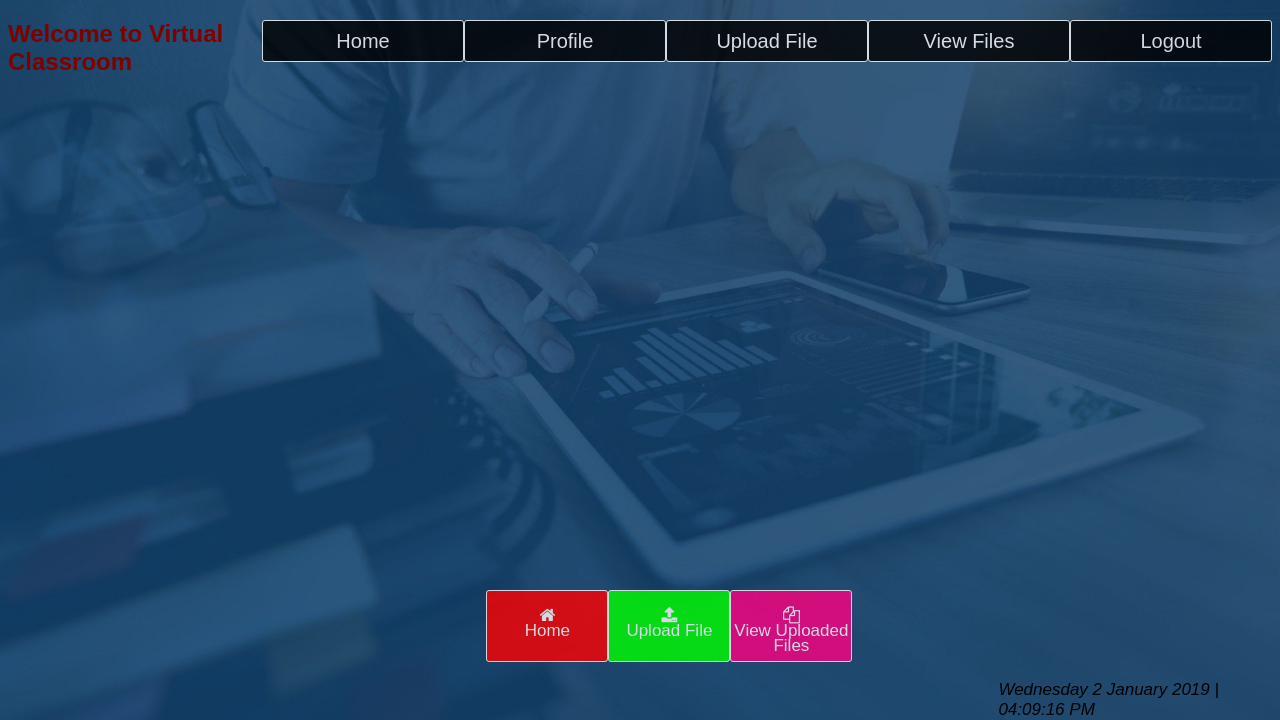
Repository: Rajendra1998/Virtual_classroom_mvc_project
Page: http://localhost/Virtual_classroom/Faculty_profile.jsp
An editor plug-in stored every save of this project. The page is shown before and after the next save, followed by the edit.
The browser window is 1280 px wide. The pictures show the whole page.
The page is served by Tomcat 9. Other server files are loaded and not shown.

Above is the page before, as saved 2019-01-13 16:42:29.

### Virtual_classroom/WebContent/Faculty_profile.jsp
<%@ page language="java" contentType="text/html; charset=ISO-8859-1"
    pageEncoding="ISO-8859-1"
    import="model.Faculty" %>
<!DOCTYPE html PUBLIC "-//W3C//DTD HTML 4.01 Transitional//EN" "http://www.w3.org/TR/html4/loose.dtd">
<html>
<head>
<meta http-equiv="Content-Type" content="text/html; charset=ISO-8859-1">
<title> FACULTY | PROFILE </title>
<link rel="stylesheet" href="https://maxcdn.bootstrapcdn.com/font-awesome/4.7.0/css/font-awesome.min.css">
	<style type="text/css" rel="stylesheet">
	body{
		background-image:url(bg1.jpeg);
		background-repeat:no-repeat;
	 	font-family:sans-serif;
		background-size:cover;
	}
	#MyClockDisplay{
		font-color:red;
		font-style:oblique;
		font-size:17px;
		z-index:2;
		position:absolute;
		top:94.5%;
		left:78%;
	}
	h2{
		color:#800000;
	}
	.menu nav{
		position:relative;
		float:right;
	}
	.menu nav ul{
		margin: 0px;
		padding: 0px;
		list-style: none;
	}
	.menu nav ul li {
		float:left;
		width: 200px;
		height: 40px;
		background-color: black;
		border:1px  solid white;
		opacity: .8;
		line-height: 40px;
		text-align: center;
		font-size: 20px;
		position:relative;
		border-radius:3px;
	}
	.menu nav ul li a {
		text-decoration: none;
		color:white;
		display:block;
	}
	.menu nav ul li a:hover {
		background-color: green;
		border-radius: 3px;
	}
	.menu nav ul ul  {
		position:absolute;
		display: none;
	}
	.menu nav ul li:hover > ul {
		display: block;

	}
	.menu nav ul ul ul{
		margin-left: 200px;
		top:0px;
	}
	.menu1 nav{
		position:absolute;
		top:82%;
		left:38%;

	}
	.menu1 nav ul{
		margin: 0px;
		padding: 0px;
		list-style: none;
	}
	.menu1 nav ul li {
		float:left;
		width: 120px;
		height: 70px;
		border:1px  solid white;
		opacity: .8;
		line-height: 15px;
		text-align: center;
		font-size: 17px;
		position:relative;
		border-radius:3px;

	}
	.menu1 nav ul li.home{
		background-color: red;
	}
	.menu1 nav ul li.add{
		background-color: #00ff00;
	}
	.menu1 nav ul li.view{
		background-color:#ff0080;
	}
	.menu1 nav ul li a {
		text-decoration: none;
		color:white;
		display:block;
	}

	</style>
</head>
<body>
<div id="MyClockDisplay"></div>
	<script type="text/javascript">
		function showTime()
		{
			//Date
			var mydate=new Date();
			var year=mydate.getYear(); //get the year.
				if(year <1000)
					{
						year+=1900;
					}
			var day=mydate.getDay(); //get the day.
			var month=mydate.getMonth(); //get the month.
			var daym=mydate.getDate(); //day of the month.
			var dayarray= new Array("Sunday","Monday","Tuesday","Wednesday","Thursday","Friday","Saturday");
			var montharray=new Array("January","February","March","April","May","June","July","August","September","October","November","December");

			//Time
			var date = new Date();
			var h= date.getHours(); //0-23
			var m= date.getMinutes(); //0-59
			var s=date.getSeconds(); //0-59
			var session="AM";
			if(h==0){
				h=12;
			}
			if(h>12){
				h=h-12;
				session="PM";
			}
			h=(h<10) ? "0"+ h : h;
			m=(m<10) ? "0"+ m : m;
			s=(s<10) ? "0"+ s : s;

			var date1="" +dayarray[day]+ " " +daym+ " " +montharray[month]+ " " +year+   "  |  "   +h + ":" + m + ":" + s + " " + session;

			document.getElementById("MyClockDisplay").innerText = date1;
			document.getElementById("MyClockDisplay").textContent = date1;

			setTimeout(showTime,1000);
		}
		showTime();

	</script>
	<div class="menu">
	<nav>
	<ul>
		<li><a href="Faculty_logged.jsp">Home</a></li>
		<li><a>Profile</a>
			<ul>
				<li><a href="fac_pro">View Profile</a></li>
			</ul>
		</li>
		<li><a href="file_upload.jsp">Upload File</a></li>
		<li><a>View Files</a>
		<ul>
				<li><a href="disp_files">View Uploaded Files</a></li>
			</ul>
		</li>
		<li><a href="LogoutServlet2">Logout</a></li>
	</ul>
	</nav>
	</div>
	<%Faculty currentFaculty=(Faculty)session.getAttribute("currentFaculty");%>
	<h2>Welcome to Virtual Classroom</h2>
	<br>

	<div class="menu1">
		<nav>
			<ul>
				<li class="home"><a href="Faculty_logged.jsp"><br><i class="fa fa-home" aria-hidden="true"></i><br>Home</a></li>
				<li class="add"><a href="file_upload.jsp"><br><i class="fa fa-upload" aria-hidden="true"></i><br>Upload File</a></li>
				<li class="view"><a href="disp_files"><br><i class="fa fa-files-o" aria-hidden="true"></i><br>View Uploaded Files</a></li>
			</ul>
		</nav>
	</div>
</body>
</html>

After the next save:
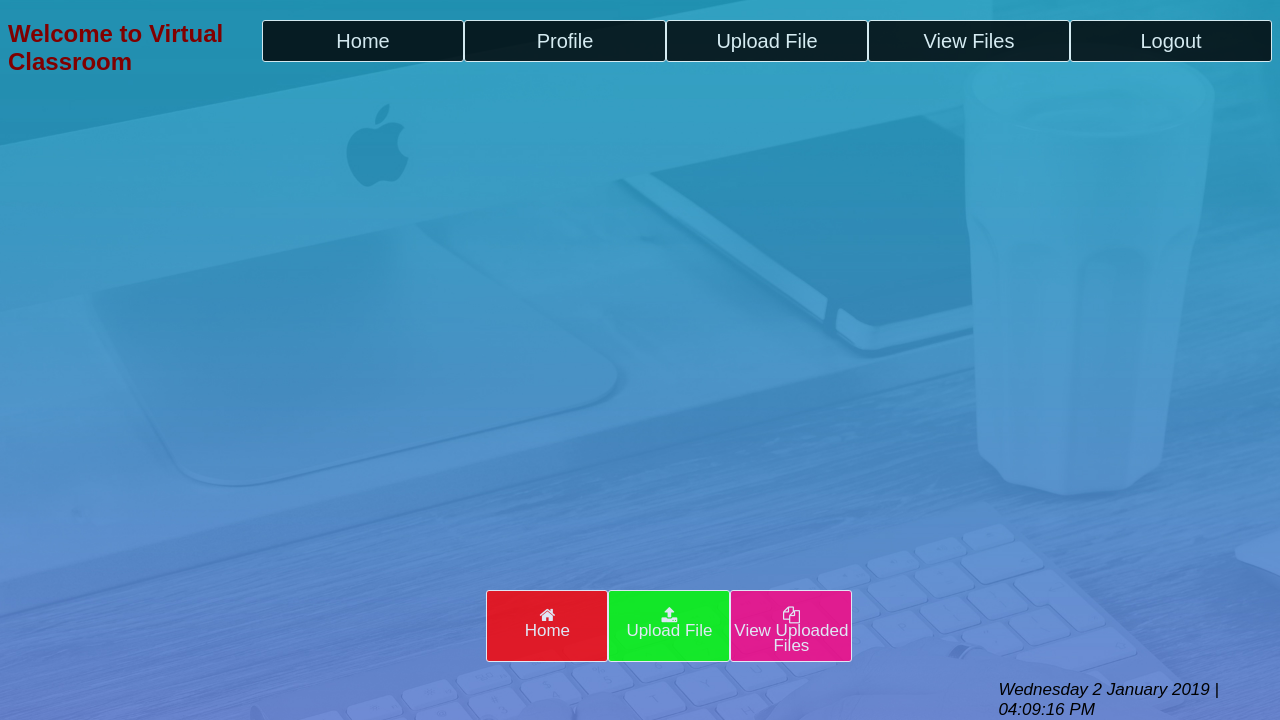
Saved 2 s later.
--- a/Virtual_classroom/WebContent/Faculty_profile.jsp
+++ b/Virtual_classroom/WebContent/Faculty_profile.jsp
@@ -9,7 +9,7 @@
 <link rel="stylesheet" href="https://maxcdn.bootstrapcdn.com/font-awesome/4.7.0/css/font-awesome.min.css">
 	<style type="text/css" rel="stylesheet">
 	body{
-		background-image:url(bg1.jpeg);
+		background-image:url(1.jpg);
 		background-repeat:no-repeat;
 	 	font-family:sans-serif;
 		background-size:cover;
